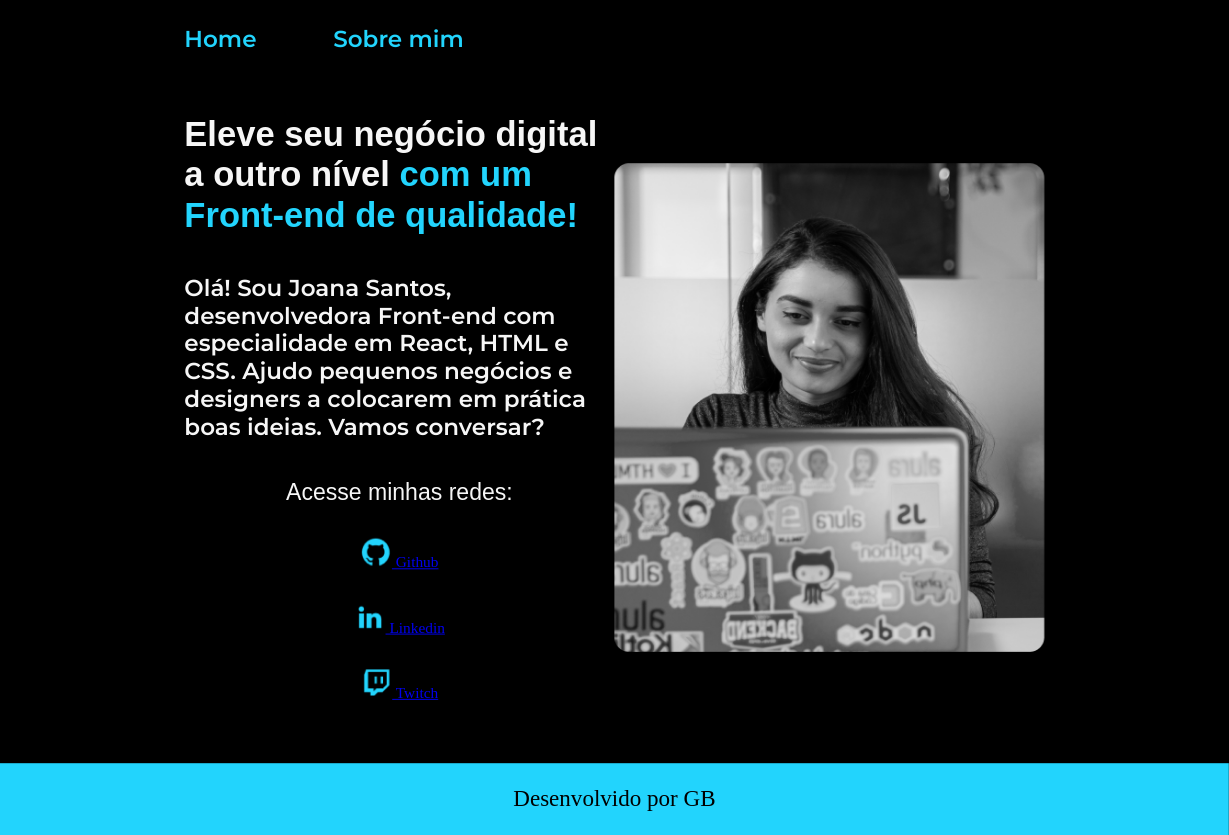
Repository: YoungAkira/CursoHtmlCss
Page: index.html
The author's editor kept a copy of each file at every save. The page is drawn from the files as they stood at one save, then again after the next save.
The browser window is 1280 px wide. The pictures show the whole page, at 96% of full size.
Some web fonts or font styles are not loaded; a fallback is used.

Above is the page before, as saved 2023-05-24 11:00:22.

### index.html
<!--ESSE PROJETO NÃO É DE MINHA AUTORIA, APENAS UTILIZO-O PARA FINS DIDÁTICOS-->
<!--CREDITOS: ALURA.COM-->

<!DOCTYPE html>
<html lang="pt-br">
<head>
    <meta charset="UTF-8">
    <meta http-equiv="X-UA-Compatible" content="IE=edge">
    <meta name="viewport" content="width=device-width, initial-scale=1.0">
    <title>Portfolio</title>
    <link rel="stylesheet" href="./style/style.css">

</head>
<body>
    <header class="cabecalho">
        <nav class="cabecalho_menu">
            <a class="cabecalho_menu_link" href="index.html">Home</a>
            <a class="cabecalho_menu_link" href="about.html">Sobre mim</a>
        </nav>
    </header>
    <main class="apresentacao">
            <section class="apresentacao_conteudo">
                 <h1 class="apresentacao_conteudo_titulo">Eleve seu
                    negócio digital a outro nível <strong
                    class="titulo-destaque">com um Front-end de qualidade!</strong></h1>

                    <p class="apresentacao_conteudo_texto"> Olá! Sou Joana Santos, desenvolvedora Front-end
                        com especialidade em React, HTML e CSS. Ajudo
                        pequenos negócios e designers a colocarem em
                        prática boas ideias. Vamos conversar?</p>

                    <div class="apresentacao_links">
                        <h2 class="apresentacao_links_subtitulo">Acesse minhas redes:</h2>

                        <a class="apresentacao-links-navegacao" href="https://github.com/YoungAkira" target="_blank">
                            <img src="assets/github.png">
                            Github
                        </a>

                        <a class="apresentacao-links-navegacao" href="linkedin.com" target="_blank">
                            <img src="./assets/linkedin.png">
                            Linkedin
                        </a>

                        <a class="apresentacao-links-navegacao" href="twitch.tv" target="_blank">
                            <img src="./assets/twitch.png">
                            Twitch

                        </a>

                    </div>

            </section>
                    <img class="apresentacao_imagem" src="/assets/imagem.png" alt="Foto Joana Santos programando">
    </main>

    <footer class="rodape">
        <p>Desenvolvido por GB</p>
    </footer>
</body>
</html>

### style/style.css
@import url('https://fonts.googleapis.com/css2?family=Krona+One&family=Montserrat:wght@600&display=swap');


:root{
    --cor-primaria: #000000;
    --cor-secundaria:#F6F6F6;
    --cor-terciaria: #22D4FD;
    --cor-hover:#272727;

    --fonte-primaria: 'Krona One', sans-serif;
    --fonte-secundaria: 'Montserrat',sans-serif;
}


*{
    margin: 0;
    padding: 0;
}


body {
    background-color: var(--cor-primaria);
    box-sizing: border-box;
    color: var(--cor-secundaria);
}


.cabecalho{
    padding: 2% 0% 0% 15%;
}


.cabecalho_menu{
    display: flex;
    gap: 80px;
}



.cabecalho_menu_link{
    font-family: var(--fonte-secundaria);
    font-size: 1.5rem;
    font-weight: 600;
    color: var(--cor-terciaria);
    text-decoration: none;
}


.apresentacao{
    display: flex;
    align-items: center;
    justify-content: space-between;
    padding: 5% 15%;
}


.apresentacao_conteudo{
    width: 50%;
    display: flex;
    flex-direction: column;
    gap: 40px;
}


.apresentacao_conteudo_titulo{
    font-size: 2.25rem;
    font-family: var(--fonte-primaria);
}


.titulo-destaque {
    color: var(--cor-terciaria);
}


.apresentacao_conteudo_texto{
    font-size: 1.5rem;
    font-family: var(--fonte-secundaria);
}


.apresentacao_links{
    display: flex;
    flex-direction: column;
    justify-content: space-between;
    align-items: center;
    gap: 32px;
}


.apresentacao_links_subtitulo{
    font-size: 1.5rem;
    font-family:var(--fonte-primaria);
    font-weight: 400;


}


.apresentacao-links-link{
    display: flex;
    justify-content: center;
    gap:16px;
    border: 2px solid var(--cor-terciaria);
    width: 378px;
    text-align: center;
    border-radius: 8px;
    font-size: 1.5rem;
    padding: 21.5px 0;
    text-decoration: none;
    color : var(--cor-secundaria);
    font-family: var(--fonte-primaria);
    font-weight: 600;
}


.apresentacao-links-link:hover{
    background-color:var(--cor-hover);
    padding: 3%;
}


.apresentacao_imagem{
    width: 50%;


}


.rodape{
    color: var(--cor-primaria);
    background-color: var(--cor-terciaria);
    text-align:center;
    padding: 24PX;
    font-family: var();
    font-size: 1.5rem;
    font-weight: 400;
}

After the next save:
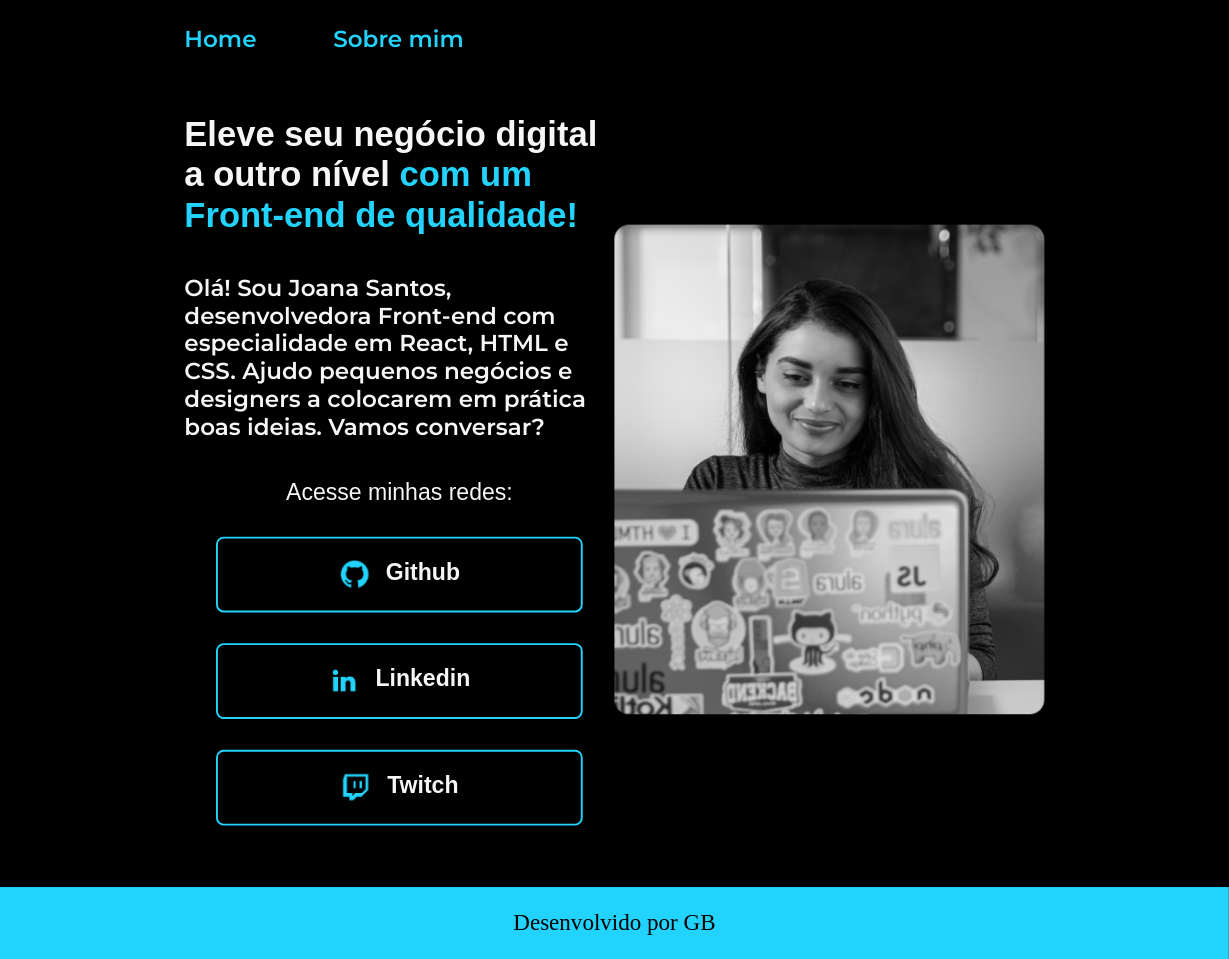
Saved 28 s later.
--- a/style/style.css
+++ b/style/style.css
@@ -97,7 +97,7 @@ body {
 }
 
 
-.apresentacao-links-link{
+.apresentacao-links-navegacao{
     display: flex;
     justify-content: center;
     gap:16px;
